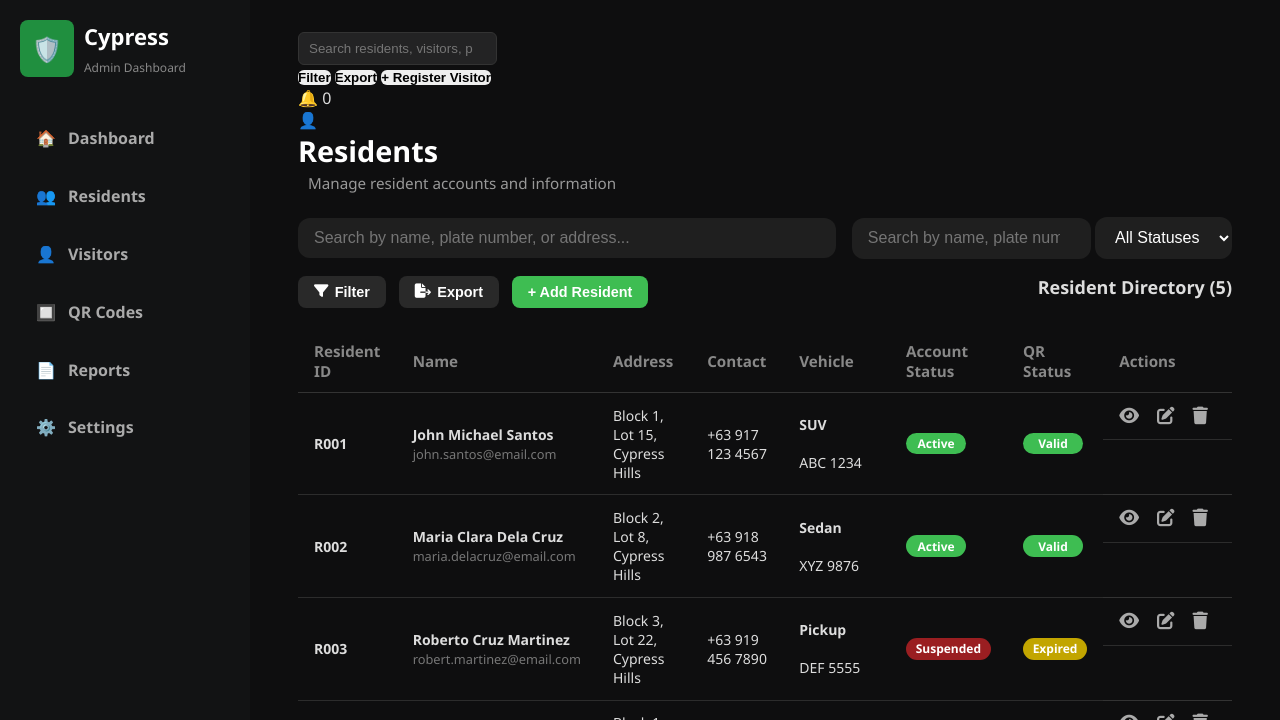
Repository: camuramon/my-project
Page: templates/admin/residents.html
An editor plug-in stored every save of this project. The page is shown before and after the next save, followed by the edit.
The browser window is 1280 px wide. The pictures show the whole page.
An inner scrolling area shows only its first screen. The template is drawn by Flask 3. The application's start-up code is not run. The template is opened directly, without the code that normally fills it, so the values that code supplies are empty.

Above is the page before, as saved 2025-09-10 12:56:08.
Console error: TypeError: Cannot set properties of null (setting 'innerHTML')

After the next save:
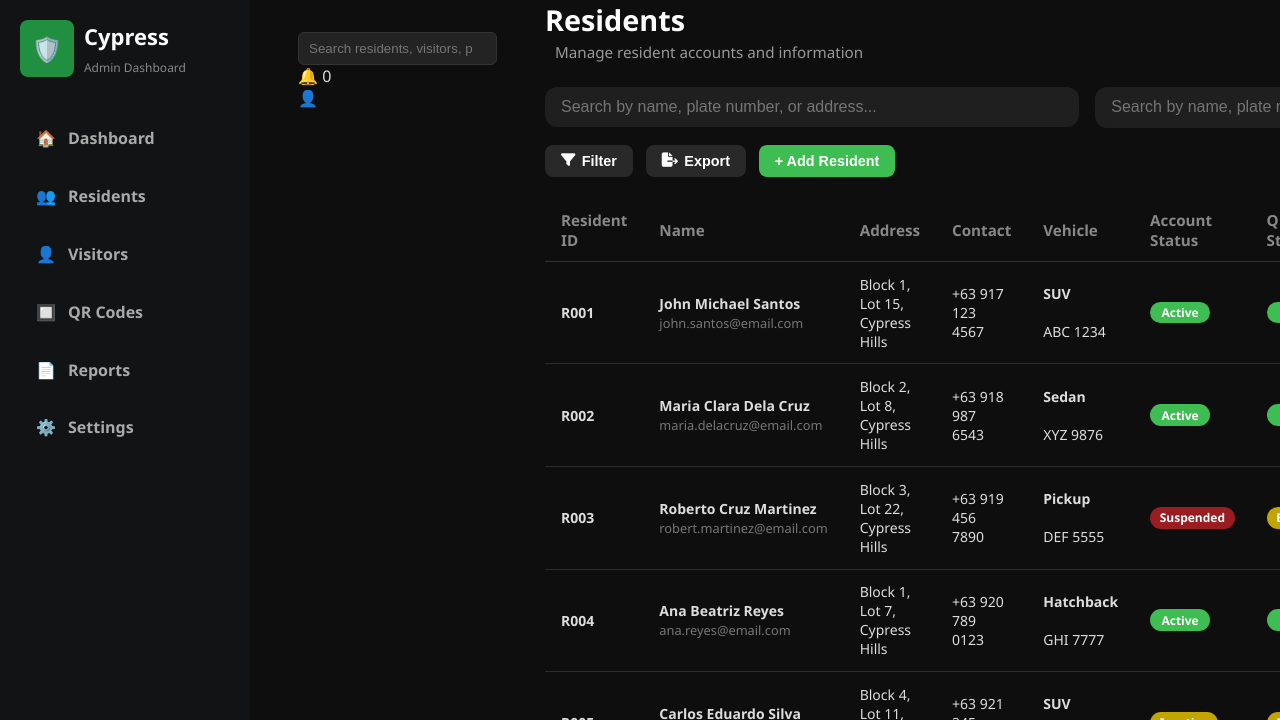
Saved 76 s later.
--- a/templates/admin/residents.html
+++ b/templates/admin/residents.html
@@ -43,14 +43,11 @@
     </nav>
 </aside>
 
-       <main class="main-content">
+ <main class="main-content">
         <header class="topbar">
             <input type="search" placeholder="Search residents, visitors, plates..." />
             <div class="topbar-actions">
-                <button class="btn filter">Filter</button>
-                <button class="btn export">Export</button>
-                <button class="btn register-visitor">+ Register Visitor</button>
-                <div class="notification">
+
                     <span class="icon">🔔</span>
                     <span class="badge">0</span>
                 </div>
